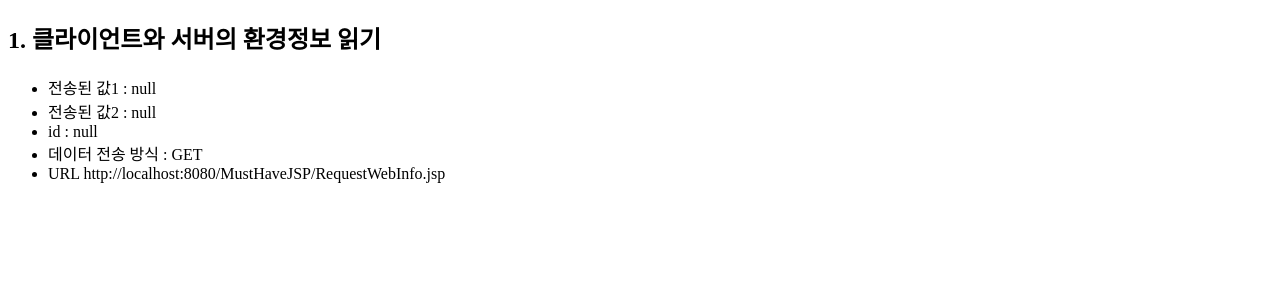
Repository: ahwaboin3/eclipse-workspace-jsp
Page: http://localhost/MustHaveJSP/RequestWebInfo.jsp
The author's editor kept a copy of each file at every save. The page is drawn from the files as they stood at one save, then again after the next save.
The browser window is 1280 px wide. The pictures show the whole page.
The page is served by Tomcat 10. Other server files are loaded and not shown.

Above is the page before, as saved 2025-05-21 05:08:39.

### MustHaveJSP/src/main/webapp/RequestWebInfo.jsp
<%@ page language="java" contentType="text/html; charset=UTF-8"
    pageEncoding="UTF-8"%>
<!DOCTYPE html>
<html>
<head>
<meta charset="UTF-8">
<title>Insert title here</title>
</head>
<body>
	<h2>1. 클라이언트와 서버의 환경정보 읽기</h2>
	<ul>
		<li>전송된 값1 : <%=request.getParameter("eng") %></li>
		<li>전송된 값2 : <%=request.getParameter("han") %></li>
		<li>id : <%=request.getParameter("id") %></li>
		<li>데이터 전송 방식 : <%=request.getMethod() %></li>
		<!-- URL - 주소
		 -->
		<li>URL <%=request.getRequestURL() %></li>
	</ul>
</body>
</html>

After the next save:
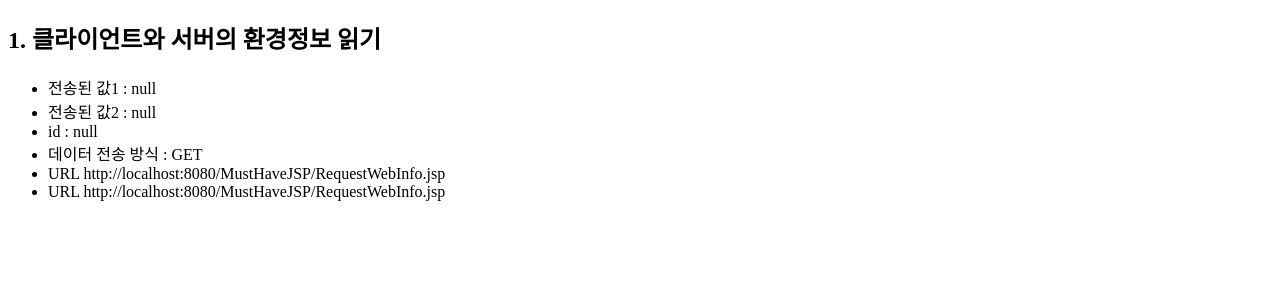
Saved 54 s later.
--- a/MustHaveJSP/src/main/webapp/RequestWebInfo.jsp
+++ b/MustHaveJSP/src/main/webapp/RequestWebInfo.jsp
@@ -14,7 +14,9 @@
 		<li>id : <%=request.getParameter("id") %></li>
 		<li>데이터 전송 방식 : <%=request.getMethod() %></li>
 		<!-- URL - 주소
+			getRequestURL() - 요청 주소를 반환합니다.
 		 -->
+		<li>URL <%=request.getRequestURL() %></li>
 		<li>URL <%=request.getRequestURL() %></li>
 	</ul>
 </body>
